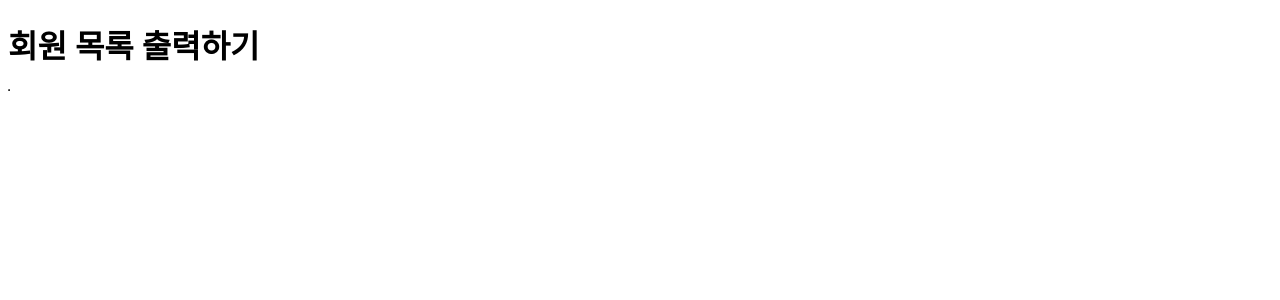
Repository: ehddhks4322/Spring_study
Page: Ex_0621_Thymeleaf/src/main/webapp/WEB-INF/views/ex03.html
These files come from the project's save history. The page is drawn as it stood at one moment and after the next save; the edit follows.
The browser window is 1280 px wide. The pictures show the whole page.

Above is the page before, as saved 2023-06-22 10:58:47.

After the next save:
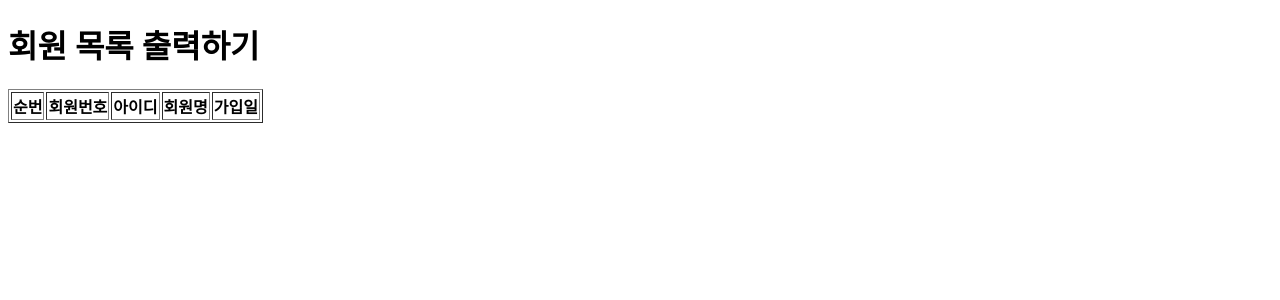
Saved 50 s later.
--- a/Ex_0621_Thymeleaf/src/main/webapp/WEB-INF/views/ex03.html
+++ b/Ex_0621_Thymeleaf/src/main/webapp/WEB-INF/views/ex03.html
@@ -7,7 +7,13 @@
 	<body>
 		<h1>회원 목록 출력하기</h1>
 		<table border="1">
-
+			<tr>
+				<th>순번</th>
+				<th>회원번호</th>
+				<th>아이디</th>
+				<th>회원명</th>
+				<th>가입일</th>
+			</tr>
 		</table>
 	</body>
 </html>
